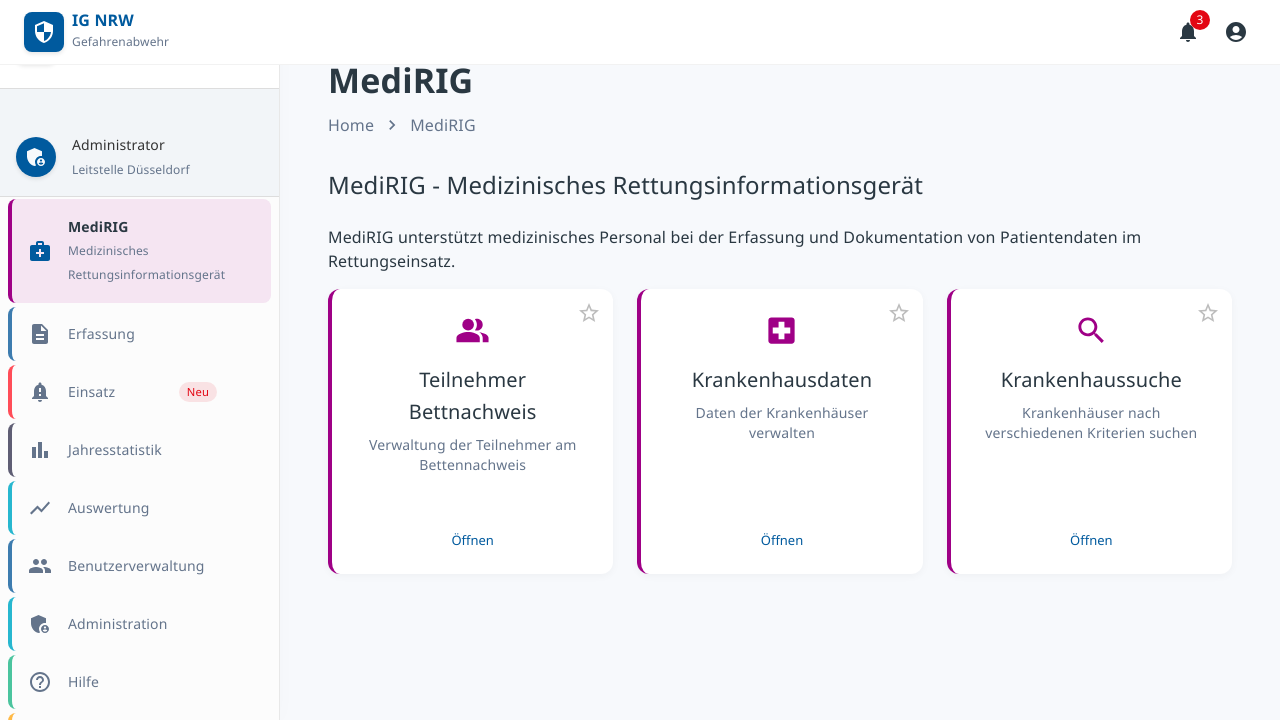
Repository: bynrw/sidebar
Page: /medirig
An editor plug-in stored every save of this project. The page is shown before and after the next save, followed by the edit.
The browser window is 1280 px wide. The pictures show the whole page.
The project was rebuilt for these pictures with package versions that can differ from the ones it lists, and the page was loaded fresh each time. Also part of the build but not shown: src/components/pages/HomePage.js.

Above is the page before, as saved 2025-04-22 11:25:14.

### public/index.html
<!DOCTYPE html>
<html lang="en">
  <head>
    <meta charset="utf-8" />
    <link rel="icon" href="%PUBLIC_URL%/favicon.ico" />
    <meta name="viewport" content="width=device-width, initial-scale=1" />
    <meta name="theme-color" content="#000000" />
    <meta
      name="description"
      content="Modern React Application with Material UI"
    />
    <link rel="apple-touch-icon" href="%PUBLIC_URL%/logo192.png" />
    <link rel="manifest" href="%PUBLIC_URL%/manifest.json" />
    <link
      rel="stylesheet"
      href="https://fonts.googleapis.com/css?family=Roboto:300,400,500,700&display=swap"
    />
    <title>React App with Modern Sidebar</title>
  </head>
  <body>
    <noscript>You need to enable JavaScript to run this app.</noscript>
    <div id="root"></div>
  </body>
</html>

### src/index.js
import React from 'react';
import ReactDOM from 'react-dom/client';
import { BrowserRouter } from 'react-router-dom';
import App from './App';
import { CssBaseline } from '@mui/material';
import { ThemeProvider, createTheme } from '@mui/material/styles';

// Create a theme instance with modern colors
const theme = createTheme({
  palette: {
    primary: {
      main: '#1976d2',
    },
    secondary: {
      main: '#dc004e',
    },
    background: {
      default: '#f5f5f5',
    },
  },
  typography: {
    fontFamily: '"Roboto", "Helvetica", "Arial", sans-serif',
  },
});

const root = ReactDOM.createRoot(document.getElementById('root'));
root.render(
  <React.StrictMode>
    <ThemeProvider theme={theme}>
      <CssBaseline />
      <BrowserRouter>
        <App />
      </BrowserRouter>
    </ThemeProvider>
  </React.StrictMode>
);

### src/App.js
import React from 'react';
import { Routes, Route } from 'react-router-dom';
import { ThemeProvider, CssBaseline } from '@mui/material';
import theme from './theme';

// Layout
import MainLayout from './components/layout/MainLayout';

// Pages
import HomePage from './components/pages/HomePage';
import Erfassung from './components/pages/Erfassung';
import Auswertung from './components/pages/Auswertung';
import Administration from './components/pages/Administration';
import Hilfe from './components/pages/Hilfe';
import Info from './components/pages/Info';
import Einsatz from './components/pages/Einsatz';
import Benutzerverwaltung from './components/pages/Benutzerverwaltung';
import MediRIG from './components/pages/MediRIG';
import Jahresstatistik from './components/pages/Jahresstatistik';

function App() {
  return (
    <ThemeProvider theme={theme}>
      <CssBaseline />
      <Routes>
        <Route path="/" element={<MainLayout />}>
          <Route index element={<HomePage />} />
          <Route path="erfassung/*" element={<Erfassung />} />
          <Route path="medirig/*" element={<MediRIG />} />
          <Route path="auswertung/*" element={<Auswertung />} />
          <Route path="administration/*" element={<Administration />} />
          <Route path="hilfe/*" element={<Hilfe />} />
          <Route path="info/*" element={<Info />} />
          <Route path="einsatz/*" element={<Einsatz />} />
          <Route path="benutzerverwaltung/*" element={<Benutzerverwaltung />} />
          <Route path="jahresstatistik/*" element={<Jahresstatistik />} />
        </Route>
      </Routes>
    </ThemeProvider>
  );
}

export default App;

### src/components/pages/Info.js
import React from 'react';
import { Box, Typography, Paper, Breadcrumbs, Link, Container, Grid, Card, CardContent, CardActions, Button } from '@mui/material';
import { Routes, Route, Link as RouterLink, useLocation, useNavigate } from 'react-router-dom';
import NavigateNextIcon from '@mui/icons-material/NavigateNext';
import NewReleasesIcon from '@mui/icons-material/NewReleases';
import GavelIcon from '@mui/icons-material/Gavel';
import InfoIcon from '@mui/icons-material/Info';
import theme from '../../theme';

// Untermenü-Struktur
const subMenuItems = [
  {
    title: 'Versionshinweise',
    description: 'Informationen zu Versionen und Updates',
    icon: <NewReleasesIcon fontSize="large" sx={{ color: 'warning.main' }} />,
    path: '/info/versions'
  },
  {
    title: 'Lizenzen',
    description: 'Lizenzinformationen und rechtliche Hinweise',
    icon: <GavelIcon fontSize="large" sx={{ color: 'warning.main' }} />,
    path: '/info/lizenzen'
  },
  {
    title: 'Über',
    description: 'Allgemeine Systeminformationen',
    icon: <InfoIcon fontSize="large" sx={{ color: 'warning.main' }} />,
    path: '/info/ueber'
  }
];

// Subpages
const Versions = () => (
  <Paper sx={{ p: 3 }}>
    <Typography variant="h5" gutterBottom>Versionshinweise</Typography>
    <Typography variant="body1">Informationen zu Systemversionen und Updates.</Typography>
  </Paper>
);

const Lizenzen = () => (
  <Paper sx={{ p: 3 }}>
    <Typography variant="h5" gutterBottom>Lizenzen</Typography>
    <Typography variant="body1">Lizenzinformationen und rechtliche Hinweise.</Typography>
  </Paper>
);

const About = () => (
  <Paper sx={{ p: 3 }}>
    <Typography variant="h5" gutterBottom>Über</Typography>
    <Typography variant="body1">Allgemeine Informationen über das System und seine Entwicklung.</Typography>
  </Paper>
);

function Info() {
  const location = useLocation();
  const navigate = useNavigate();
  const pathSegments = location.pathname.split('/').filter(Boolean);

  return (
    <Container maxWidth="lg">
      <Box sx={{ mb: 4 }}>
        <Typography variant="h4" gutterBottom>Info</Typography>
        <Breadcrumbs
          separator={<NavigateNextIcon fontSize="small" />}
          aria-label="breadcrumb"
          sx={{ mb: 3 }}
        >
          <Link component={RouterLink} to="/" underline="hover" color="inherit">
            Home
          </Link>
          <Link component={RouterLink} to="/info" underline="hover" color="inherit">
            Info
          </Link>
          {pathSegments.length > 1 && (
            <Typography color="text.primary">
              {pathSegments[1].charAt(0).toUpperCase() + pathSegments[1].slice(1)}
            </Typography>
          )}
        </Breadcrumbs>
      </Box>

      <Box sx={{ mb: 3 }}>
        <Routes>
          <Route index element={
            <Box>
              <Typography variant="h5" gutterBottom sx={{ mb: 3 }}>Informationsbereich</Typography>
              <Typography variant="body1" paragraph>
                In diesem Bereich finden Sie allgemeine Informationen zum System, Versionshinweise und Lizenzinformationen.
              </Typography>

              <Grid container spacing={3}>
                {subMenuItems.map((item) => (
                  <Grid item xs={12} sm={6} md={4} key={item.title}>
                    <Card
                      sx={{
                        height: '100%',
                        display: 'flex',
                        flexDirection: 'column',
                        transition: 'transform 0.2s, box-shadow 0.2s',
                        '&:hover': {
                          transform: 'translateY(-5px)',
                          boxShadow: 4,
                        },
                        cursor: 'pointer',
                        borderRadius: 3,
                        border: '1px solid rgba(0,0,0,0.05)',
                        borderLeft: `4px solid ${theme.palette.warning.main}`
                      }}
                      onClick={() => navigate(item.path)}
                    >
                      <CardContent sx={{ padding: 3, flexGrow: 1, display: 'flex', flexDirection: 'column', alignItems: 'center', textAlign: 'center' }}>
                        <Box sx={{ mb: 2, display: 'flex', justifyContent: 'center' }}>
                          {item.icon}
                        </Box>
                        <Typography variant="h6" component="h2" gutterBottom>
                          {item.title}
                        </Typography>
                        <Typography variant="body2" color="text.secondary">
                          {item.description}
                        </Typography>
                      </CardContent>
                      <CardActions sx={{ justifyContent: 'center', pb: 2 }}>
                        <Button size="small" color="warning" onClick={() => navigate(item.path)}>
                          Öffnen
                        </Button>
                      </CardActions>
                    </Card>
                  </Grid>
                ))}
              </Grid>
            </Box>
          } />
          <Route path="versions" element={<Versions />} />
          <Route path="lizenzen" element={<Lizenzen />} />
          <Route path="ueber" element={<About />} />
        </Routes>
      </Box>
    </Container>
  );
}

export default Info;

### src/components/pages/MediRIG.js
import React from 'react';
import { Box, Typography, Paper, Breadcrumbs, Link, Container, Grid } from '@mui/material';
import { Routes, Route, Link as RouterLink, useLocation, useNavigate } from 'react-router-dom';
import NavigateNextIcon from '@mui/icons-material/NavigateNext';
import PeopleAltIcon from '@mui/icons-material/PeopleAlt';
import LocalHospitalIcon from '@mui/icons-material/LocalHospital';
import SearchIcon from '@mui/icons-material/Search';
import CustomCard from '../layout/CustomCard';

// MediRIG Untermenüs
const mediRIGSubMenuItems = [
  {
    title: 'Teilnehmer Bettnachweis',
    description: 'Verwaltung der Teilnehmer am Bettennachweis',
    icon: <PeopleAltIcon fontSize="large" sx={{ color: 'medical.main' }} />,
    path: '/medirig/teilnehmer-bettnachweis',
    borderStyle: {
      borderLeft: '4px solid',
      borderColor: 'medical.main'
    }
  },
  {
    title: 'Krankenhausdaten',
    description: 'Daten der Krankenhäuser verwalten',
    icon: <LocalHospitalIcon fontSize="large" sx={{ color: 'medical.main' }} />,
    path: '/medirig/krankenhausdaten',
    borderStyle: {
      borderLeft: '4px solid',
      borderColor: 'medical.main'
    }
  },
  {
    title: 'Krankenhaussuche',
    description: 'Krankenhäuser nach verschiedenen Kriterien suchen',
    icon: <SearchIcon fontSize="large" sx={{ color: 'medical.main' }} />,
    path: '/medirig/krankenhaussuche',
    borderStyle: {
      borderLeft: '4px solid',
      borderColor: 'medical.main'
    }
  }
];

// MediRIG Subcomponents
const TeilnehmerBettnachweis = () => (
  <Paper sx={{ p: 3 }}>
    <Typography variant="h5" gutterBottom>Teilnehmer Bettnachweis</Typography>
    <Typography variant="body1">Verwaltung und Übersicht aller Teilnehmer am Bettennachweis.</Typography>
  </Paper>
);

const Krankenhausdaten = () => (
  <Paper sx={{ p: 3 }}>
    <Typography variant="h5" gutterBottom>Krankenhausdaten</Typography>
    <Typography variant="body1">Hier können Sie die Daten der Krankenhäuser einsehen und bearbeiten.</Typography>
  </Paper>
);

const Krankenhaussuche = () => (
  <Paper sx={{ p: 3 }}>
    <Typography variant="h5" gutterBottom>Krankenhaussuche</Typography>
    <Typography variant="body1">Suchen Sie nach Krankenhäusern anhand verschiedener Kriterien.</Typography>
  </Paper>
);

function MediRIG() {
  const location = useLocation();
  const navigate = useNavigate();
  const pathSegments = location.pathname.split('/').filter(Boolean);

  return (
    <Container maxWidth="lg">
      <Box sx={{ mb: 4 }}>
        <Typography variant="h4" gutterBottom>MediRIG</Typography>
        <Breadcrumbs
          separator={<NavigateNextIcon fontSize="small" />}
          aria-label="breadcrumb"
          sx={{ mb: 3 }}
        >
          <Link component={RouterLink} to="/" underline="hover" color="inherit">
            Home
          </Link>
          <Link component={RouterLink} to="/medirig" underline="hover" color="inherit">
            MediRIG
          </Link>
          {pathSegments.length > 1 && (
            <Typography color="text.primary">
              {pathSegments[1].split('-').map(word => word.charAt(0).toUpperCase() + word.slice(1)).join(' ')}
            </Typography>
          )}
        </Breadcrumbs>
      </Box>

      <Box sx={{ mb: 3 }}>
        <Routes>
          <Route index element={
            <Box>
              <Typography variant="h5" gutterBottom sx={{ mb: 3 }}>MediRIG - Medizinisches Rettungsinformationsgerät</Typography>
              <Typography variant="body1" paragraph>
                MediRIG unterstützt medizinisches Personal bei der Erfassung und Dokumentation von Patientendaten im Rettungseinsatz.
              </Typography>

              <Grid container spacing={3}>
                {mediRIGSubMenuItems.map((item) => (
                  <Grid item xs={12} sm={6} md={4} key={item.title}>
                    <CustomCard
                      title={item.title}
                      description={item.description}
                      icon={item.icon}
                      path={item.path}
                      accentColor="medical.main"
                    />
                  </Grid>
                ))}
              </Grid>
            </Box>
          } />

          {/* MediRIG Untermenüs */}
          <Route path="teilnehmer-bettnachweis" element={<TeilnehmerBettnachweis />} />
          <Route path="krankenhausdaten" element={<Krankenhausdaten />} />
          <Route path="krankenhaussuche" element={<Krankenhaussuche />} />
        </Routes>
      </Box>
    </Container>
  );
}

export default MediRIG;

### src/components/layout/CustomCard.js
import React from 'react';
import { Card, CardContent, CardActions, Typography, Box, Button, IconButton } from '@mui/material';
import { useNavigate } from 'react-router-dom';
import StarIcon from '@mui/icons-material/Star';
import StarBorderIcon from '@mui/icons-material/StarBorder';

/**
 * Einheitliche Kachelkomponente für das gesamte Projekt
 *
 * @param {Object} props - Die Komponenten-Props
 * @param {string} props.title - Titel der Kachel
 * @param {string} props.description - Beschreibung der Kachel
 * @param {React.ReactNode} props.icon - Icon-Komponente
 * @param {string} props.path - Navigationspfad (optional)
 * @param {string} props.accentColor - Akzentfarbe (default: 'primary.main')
 * @param {Object} props.stats - Statistikdaten (optional) { value, unit, change }
 * @param {Object} props.additionalInfo - Zusätzliche Informationen (optional)
 * @param {function} props.onClick - Optionale Click-Handler-Funktion
 */
const CustomCard = ({
  title,
  description,
  icon,
  path,
  accentColor = 'primary.main',
  stats,
  additionalInfo,
  onClick,
  children
}) => {
  const navigate = useNavigate();
  const [isFavorite, setIsFavorite] = React.useState(false);

  const handleClick = () => {
    if (onClick) {
      onClick();
    } else if (path) {
      navigate(path);
    }
  };

  const handleFavoriteClick = (e) => {
    e.stopPropagation(); // Verhindert, dass das Klickereignis zur übergeordneten Karte weitergeleitet wird
    setIsFavorite(!isFavorite);
  };

  return (
    <Card
      sx={{
        height: '100%',
        display: 'flex',
        flexDirection: 'column',
        transition: 'transform 0.2s, box-shadow 0.2s',
        '&:hover': {
          transform: 'translateY(-5px)',
          boxShadow: 4,
        },
        cursor: path || onClick ? 'pointer' : 'default',
        borderLeft: '4px solid',
        borderColor: accentColor,
        position: 'relative'
      }}
      onClick={handleClick}
    >
      {/* Stern-Icon in der oberen rechten Ecke */}
      <IconButton
        sx={{
          position: 'absolute',
          top: 8,
          right: 8,
          zIndex: 1,
          color: isFavorite ? 'gold' : 'grey.400',
          backgroundColor: 'rgba(255, 255, 255, 0.7)',
          width: 32,
          height: 32,
          '&:hover': {
            backgroundColor: 'rgba(255, 255, 255, 0.9)',
          }
        }}
        onClick={handleFavoriteClick}
        size="small"
      >
        {isFavorite ? <StarIcon /> : <StarBorderIcon />}
      </IconButton>

      <CardContent sx={{
        padding: 3,
        flexGrow: 1,
        display: 'flex',
        flexDirection: 'column',
        alignItems: 'center',
        textAlign: 'center'
      }}>
        {icon && (
          <Box sx={{ mb: 2, display: 'flex', justifyContent: 'center' }}>
            {React.cloneElement(icon, {
              fontSize: "large",
              sx: { color: accentColor }
            })}
          </Box>
        )}

        <Typography variant="h6" component="h2" gutterBottom>
          {title}
        </Typography>

        <Typography variant="body2" color="text.secondary" sx={{ mb: 2 }}>
          {description}
        </Typography>

        {stats && (
          <Box sx={{ width: '100%', mt: 1 }}>
            <Typography variant="h4" component="div" sx={{ fontWeight: 'bold' }}>
              {stats.value}{stats.unit && <Typography component="span" variant="body2">{stats.unit}</Typography>}
            </Typography>

            {stats.change && (
              <Typography
                variant="body2"
                sx={{
                  color: stats.change > 0 ? 'success.main' : 'error.main',
                  display: 'flex',
                  alignItems: 'center',
                  justifyContent: 'center'
                }}
              >
                {stats.change > 0 ? '+' : ''}{stats.change}%
              </Typography>
            )}
          </Box>
        )}

        {additionalInfo && (
          <Box sx={{ width: '100%', mt: 2 }}>
            {Object.entries(additionalInfo).map(([key, value]) => (
              <Typography key={key} variant="body2" sx={{ display: 'flex', justifyContent: 'space-between' }}>
                <span>{key}:</span>
                <span>{value}</span>
              </Typography>
            ))}
          </Box>
        )}

        {children}
      </CardContent>

      {path && (
        <CardActions sx={{ justifyContent: 'center', pb: 2 }}>
          <Button size="small" color="primary" onClick={() => navigate(path)}>
            Öffnen
          </Button>
        </CardActions>
      )}
    </Card>
  );
};

export default CustomCard;

Loaded but not shown: src/components/layout/MainLayout.js (1500 lines, source omitted); src/components/pages/Erfassung.js (883 lines, source omitted); src/components/pages/Jahresstatistik.js (483 lines, source omitted); src/components/pages/Auswertung.js (332 lines, source omitted); src/components/pages/Administration.js (310 lines, source omitted); src/components/pages/Benutzerverwaltung.js (314 lines, source omitted); src/components/pages/Einsatz.js (238 lines, source omitted); src/theme.js (324 lines, source omitted); src/components/pages/Hilfe.js (142 lines, source omitted)

After the next save:
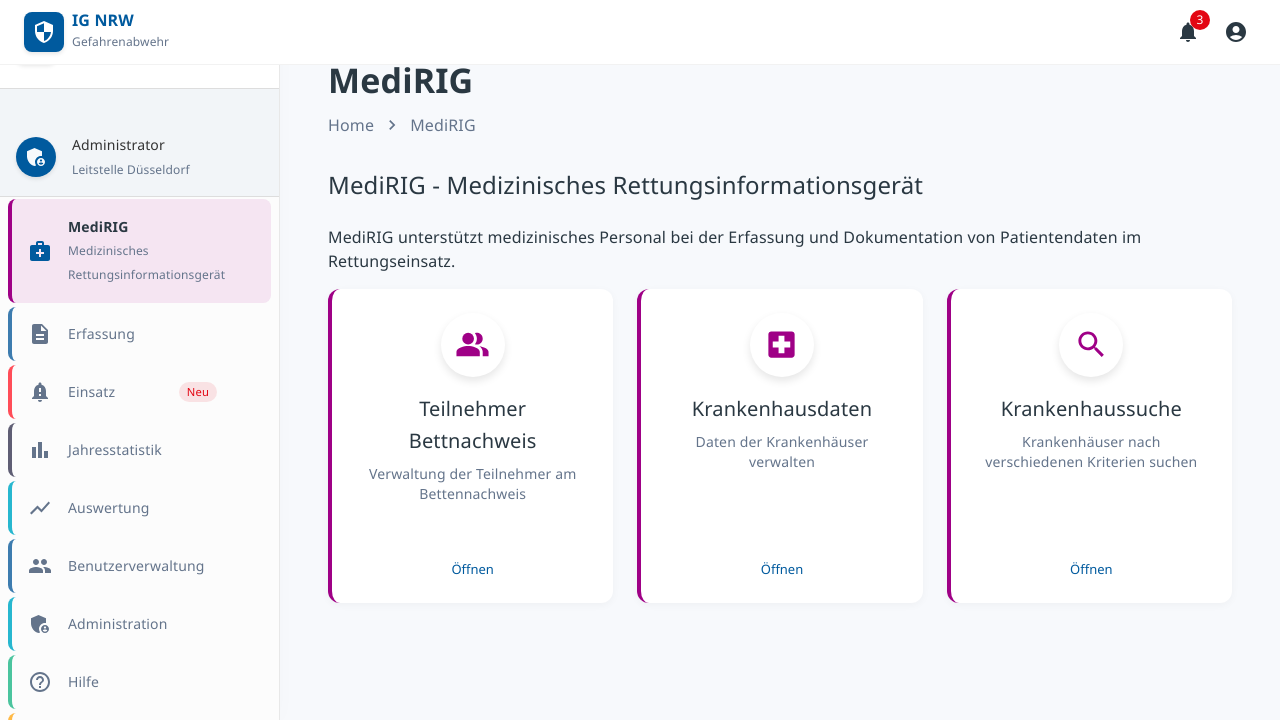
Saved 2 min 26 s later.
--- a/src/components/layout/CustomCard.js
+++ b/src/components/layout/CustomCard.js
@@ -1,8 +1,6 @@
 import React from 'react';
-import { Card, CardContent, CardActions, Typography, Box, Button, IconButton } from '@mui/material';
+import { Card, CardContent, CardActions, Typography, Box, Button } from '@mui/material';
 import { useNavigate } from 'react-router-dom';
-import StarIcon from '@mui/icons-material/Star';
-import StarBorderIcon from '@mui/icons-material/StarBorder';
 
 /**
  * Einheitliche Kachelkomponente für das gesamte Projekt
@@ -29,7 +27,6 @@ const CustomCard = ({
   children
 }) => {
   const navigate = useNavigate();
-  const [isFavorite, setIsFavorite] = React.useState(false);
 
   const handleClick = () => {
     if (onClick) {
@@ -37,11 +34,6 @@ const CustomCard = ({
     } else if (path) {
       navigate(path);
     }
-  };
-
-  const handleFavoriteClick = (e) => {
-    e.stopPropagation(); // Verhindert, dass das Klickereignis zur übergeordneten Karte weitergeleitet wird
-    setIsFavorite(!isFavorite);
   };
 
   return (
@@ -57,32 +49,10 @@ const CustomCard = ({
         },
         cursor: path || onClick ? 'pointer' : 'default',
         borderLeft: '4px solid',
-        borderColor: accentColor,
-        position: 'relative'
+        borderColor: accentColor
       }}
       onClick={handleClick}
     >
-      {/* Stern-Icon in der oberen rechten Ecke */}
-      <IconButton
-        sx={{
-          position: 'absolute',
-          top: 8,
-          right: 8,
-          zIndex: 1,
-          color: isFavorite ? 'gold' : 'grey.400',
-          backgroundColor: 'rgba(255, 255, 255, 0.7)',
-          width: 32,
-          height: 32,
-          '&:hover': {
-            backgroundColor: 'rgba(255, 255, 255, 0.9)',
-          }
-        }}
-        onClick={handleFavoriteClick}
-        size="small"
-      >
-        {isFavorite ? <StarIcon /> : <StarBorderIcon />}
-      </IconButton>
-
       <CardContent sx={{
         padding: 3,
         flexGrow: 1,
@@ -92,7 +62,18 @@ const CustomCard = ({
         textAlign: 'center'
       }}>
         {icon && (
-          <Box sx={{ mb: 2, display: 'flex', justifyContent: 'center' }}>
+          <Box sx={{
+            mb: 2,
+            display: 'flex',
+            justifyContent: 'center',
+            backgroundColor: `${accentColor}15`,  // 15% Transparenz der Akzentfarbe
+            borderRadius: '50%',
+            padding: '16px',
+            width: '64px',
+            height: '64px',
+            alignItems: 'center',
+            boxShadow: '0 4px 8px rgba(0,0,0,0.1)'
+          }}>
             {React.cloneElement(icon, {
               fontSize: "large",
               sx: { color: accentColor }
